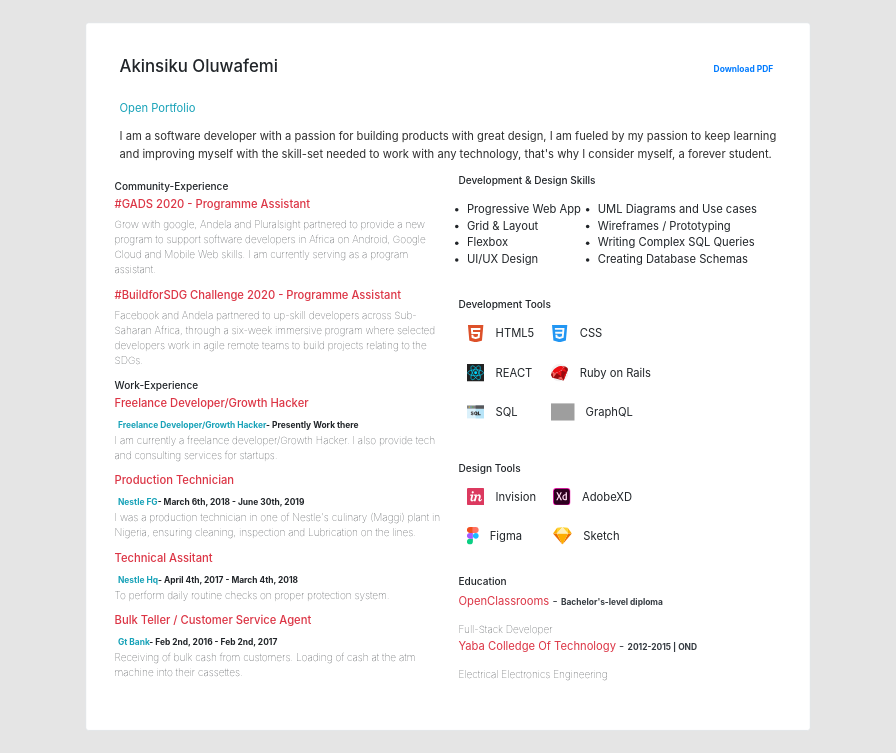
Repository: akinsikuoluwafemi/resume
Page: index.html
An editor plug-in stored every save of this project. The page is shown before and after the next save, followed by the edit.
The browser window is 1280 px wide. The pictures show the whole page, at 70% of full size.
Pictures or frames that could not be fetched are drawn as grey boxes. The style sheet was rebuilt from its Sass, Less or Tailwind sources for each picture, by a compiler version that may differ from the author's.

Above is the page before, as saved 2020-10-26 17:05:35.

After the next save:
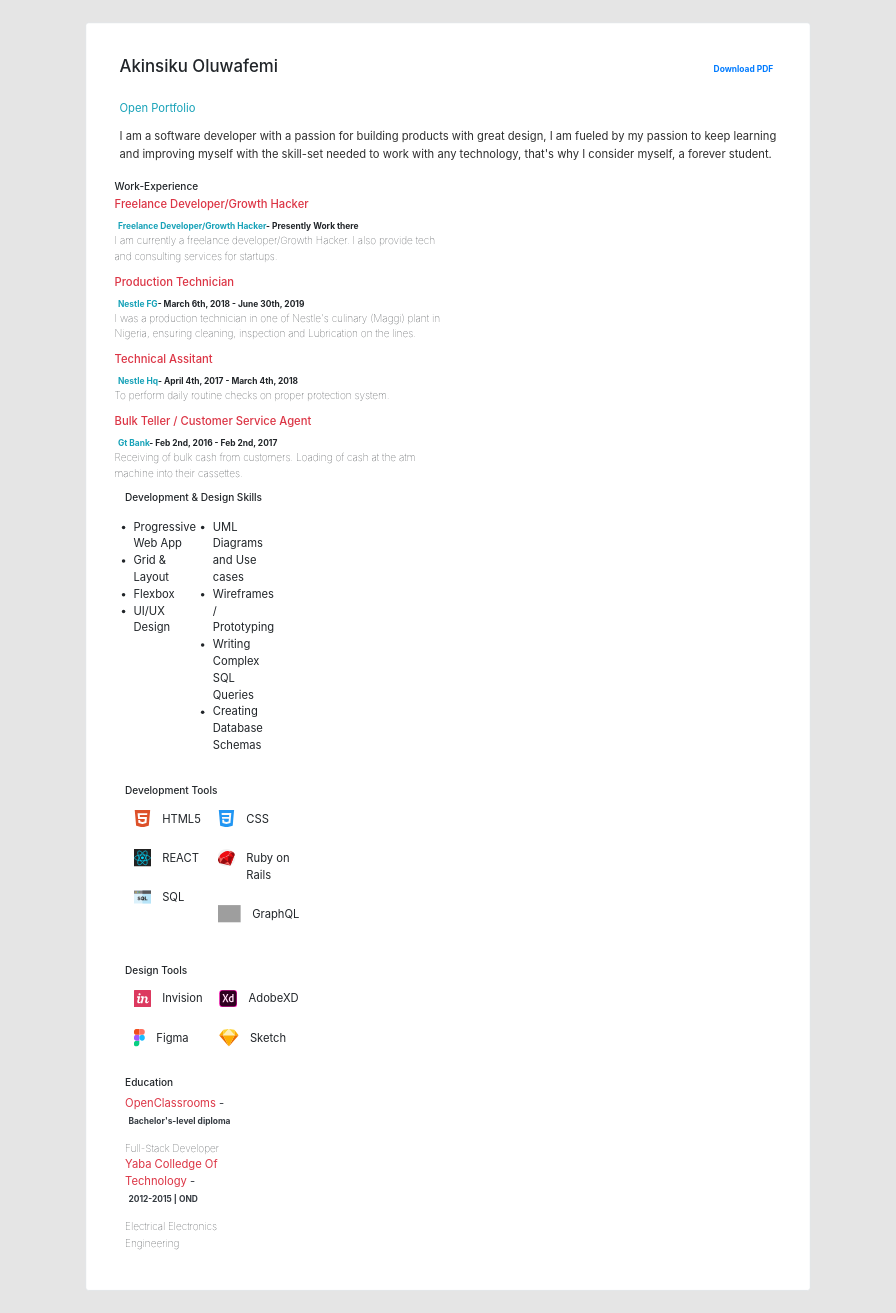
Saved 79 days later.
--- a/index.html
+++ b/index.html
@@ -44,7 +44,7 @@
 
                 <div class="col col-lg-6 p-2  ">
                     <div>
-                        <h5 class="item__header">Community-Experience</h5>
+                        <!-- <h5 class="item__header">Community-Experience</h5>
 
                         <h6 class="item__job text-danger">#GADS 2020 - Programme Assistant </h6>
                         <p class="item__description">Grow with google, Andela and Pluralsight partnered to provide a new
@@ -69,7 +69,7 @@
                             teams to build projects relating to the SDGs.
                         </p>
 
-                    </div>
+                    </div> -->
 
 
 

After the save that followed:
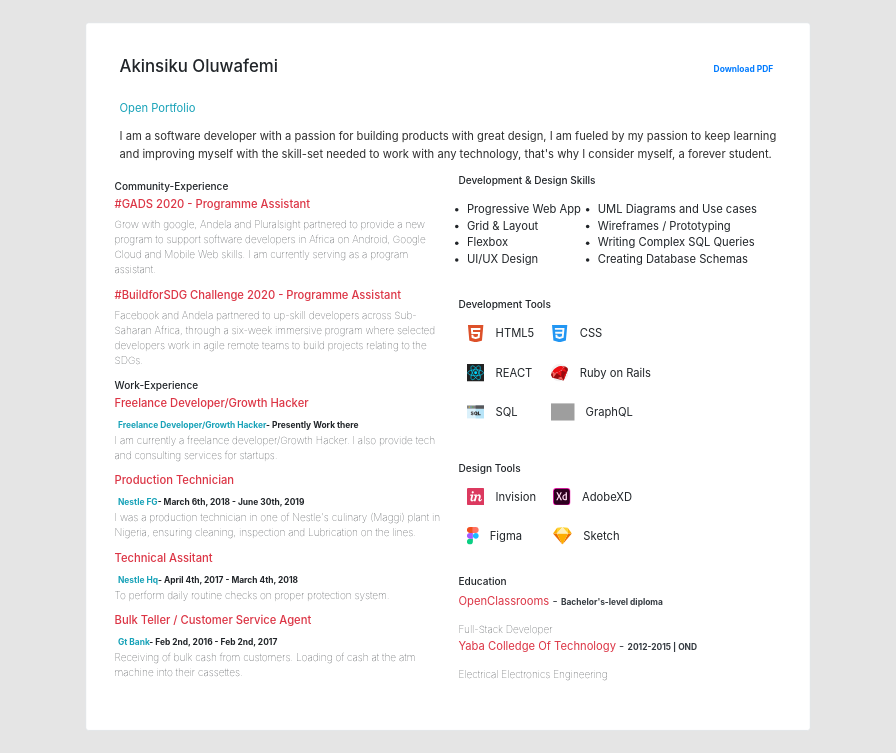
Saved 18 s later.
--- a/index.html
+++ b/index.html
@@ -44,7 +44,7 @@
 
                 <div class="col col-lg-6 p-2  ">
                     <div>
-                        <!-- <h5 class="item__header">Community-Experience</h5>
+                        <h5 class="item__header">Community-Experience</h5>
 
                         <h6 class="item__job text-danger">#GADS 2020 - Programme Assistant </h6>
                         <p class="item__description">Grow with google, Andela and Pluralsight partnered to provide a new
@@ -69,7 +69,7 @@
                             teams to build projects relating to the SDGs.
                         </p>
 
-                    </div> -->
+                    </div>
 
 
 
